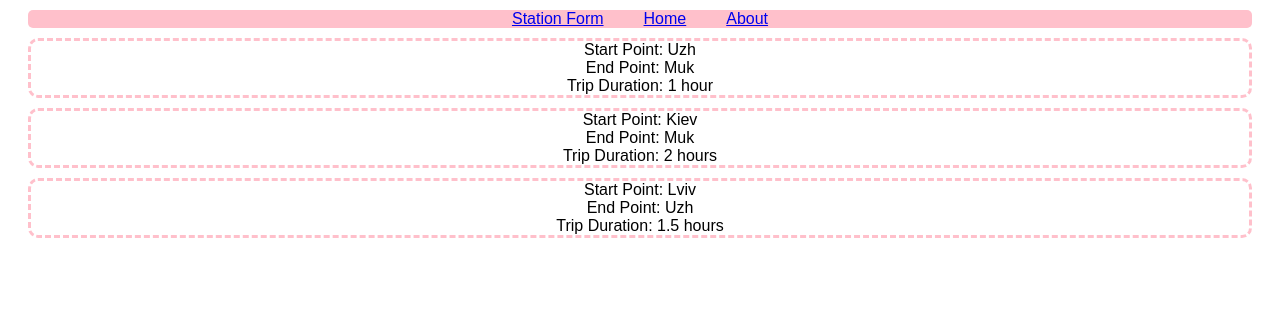
Repository: rutsguifd/mkr2
Page: /#/station-form
The author's editor kept a copy of each file at every save. The page is drawn from the files as they stood at one save, then again after the next save.
The browser window is 1280 px wide. The pictures show the whole page.
The project was rebuilt for these pictures with package versions that can differ from the ones it lists, and the page was loaded fresh each time. Also part of the build but not shown: src/views/Home.vue, src/views/About.vue.

Above is the page before, as saved 2021-12-21 19:57:39.

### src/App.vue
<template>
  <div>
    <router-view />
  </div>
</template>

<script>
  export default {

  }
</script>

<style lang="scss" scoped>

</style>

### src/router/index.js
import { createRouter, createWebHashHistory } from 'vue-router'
import Home from '../views/Home.vue'
import About from '../views/About.vue'
import StationForm from '../views/StationForm.vue'


const routes = [
  {
    path: '/',
    name: 'Home',
    component: Home
  },
  {
    path: '/about',
    name: 'About',
    component: About
  },
  {
    path: '/station-form',
    name: 'StationForm',
    component: StationForm
  }
]

const router = createRouter({
  history: createWebHashHistory(),
  routes
})

export default router

### src/store/index.js
import { createStore } from 'vuex'

export default createStore({
  state: {
    tripInfo: [
      {
        tripStart: "Uzh",
        tripEnd: "Muk",
        tripDuration: "1 hour",
        tripPrice: "500",
        vehicle: "Bus"
      },
      {
        tripStart: "Kiev",
        tripEnd: "Muk",
        tripDuration: "2 hours",
        tripPrice: "1000",
        vehicle: "Train"
      },
      {
        tripStart: "Lviv",
        tripEnd: "Uzh",
        tripDuration: "1.5 hours",
        tripPrice: "500",
        vehicle: "Bus"
      }
    ]
  },
  mutations: {
  },
  actions: {
  },
  getters: {
    AllTrips(state) {
      return state.tripInfo
    }
  }
})

### src/views/StationForm.vue
<template>
    <div>
        <Header />
        <trip-card v-for="(trip, ind) in AllTrips" :key="ind" :trip="trip"/>
    </div>
</template>

<script>
import {mapGetters} from 'vuex'
import Header from '../components/Header.vue'
import TripCard from "../components/TripCard.vue"
    export default {
        name: "StationForm",
        components: {
            TripCard,
            Header
        },
        computed: mapGetters(['AllTrips'])
    }
</script>

<style lang="scss" scoped>
* {
  margin: 0;
  padding: 0;
  box-sizing: border-box;
  font-family: "Fira Sans", sans-serif;
}
</style>

### src/components/Header.vue
<template>
  <div class="header">
    <span><router-link to="/station-form">Station Form</router-link></span>
    <span><router-link to="/">Home</router-link></span>
    <span><router-link to="/about">About</router-link></span>
  </div>
</template>

<script>
export default {};
</script>

<style lang="scss" scoped>
.header{
    text-align: center;
    margin: 10px 20px;
    background: pink;
    border-radius: 5px;
    span{
        margin: 0px 20px;
    }
}
</style>

### src/components/TripCard.vue
<template>
    <div class="card">
        <div>Start Point: {{trip.tripStart}}</div>
        <div>End Point: {{trip.tripEnd}}</div>
        <div>Trip Duration: {{trip.tripDuration}}</div>
    </div>
</template>

<script>
    export default {
        name: "TripCard",
        props: ["trip"]
    }
</script>

<style lang="scss" scoped>
.card{
    text-align: center;
    margin: 10px 20px;
    border: 3px dashed pink;
    border-radius: 10px;
}
</style>

Loaded but not shown: public/index.html (common file); src/main.js (common file)

After the next save:
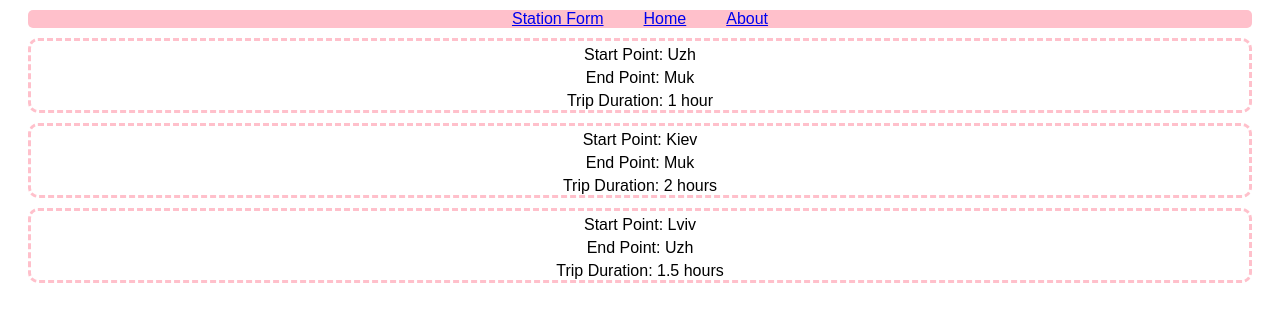
Saved 34 s later.
--- a/src/components/TripCard.vue
+++ b/src/components/TripCard.vue
@@ -19,5 +19,8 @@
     margin: 10px 20px;
     border: 3px dashed pink;
     border-radius: 10px;
+    div{
+        margin-top: 5px;
+    }
 }
 </style>
